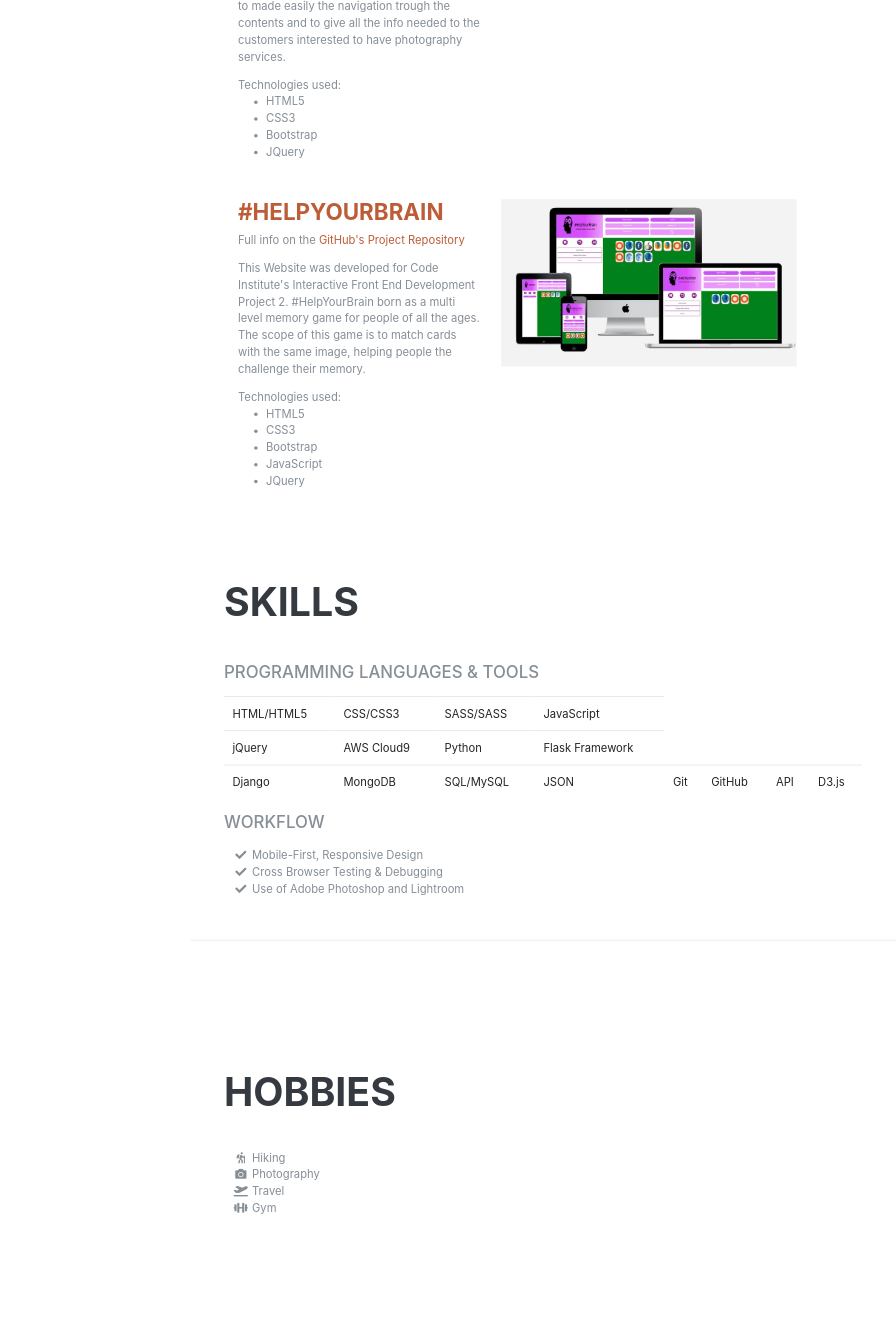
Repository: gello94/antonio_augello_online_Resume
Page: http://localhost/
The author's editor kept a record of every edit. The page is drawn from the files as they stood at one moment, then again after the next edit.
The browser window is 1280 px wide. The pictures show the part of the page from y = 2778 to 4698 px (the page is 4698 px tall), at 70% of full size.
Some web fonts or font styles are not loaded; a fallback is used. The page is served by the project's application, run on Flask 3 (run.py).

Above is the page before.

After the next edit:
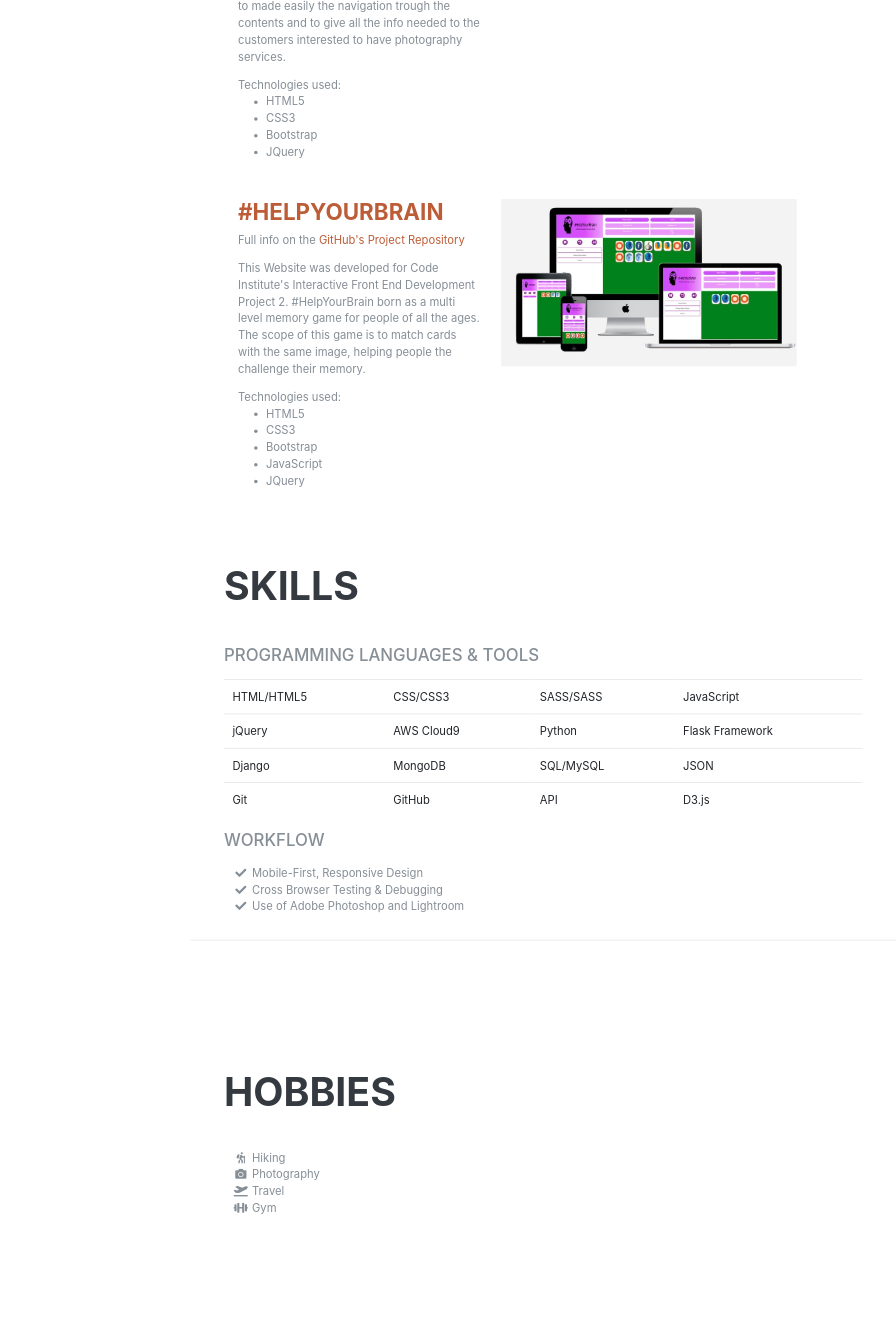
The edit:
--- a/templates/index.html
+++ b/templates/index.html
@@ -287,6 +287,8 @@
               <td>MongoDB</td>
               <td>SQL/MySQL</td>
               <td>JSON</td>
+            </tr>
+            <tr>
               <td>Git</td>
               <td>GitHub</td>
               <td>API</td>
